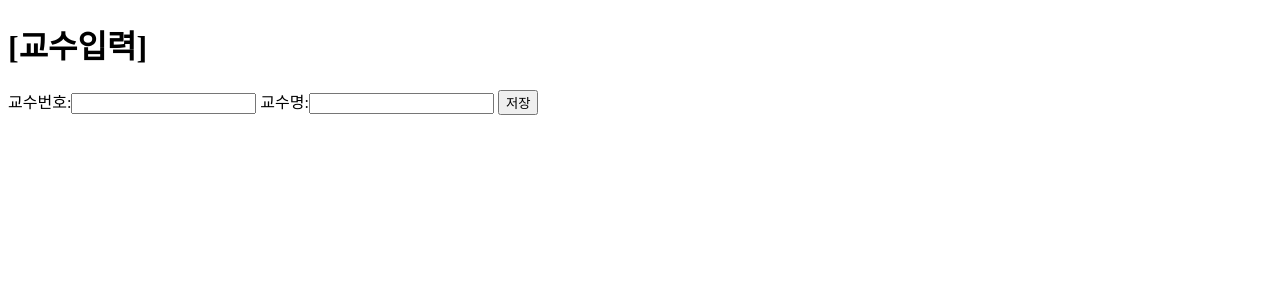
Repository: kmg8138/html
Page: 2020.04.08/ex0507/WebContent/pinsert.html
An editor plug-in stored every save of this project. The page is shown before and after the next save, followed by the edit.
The browser window is 1280 px wide. The pictures show the whole page.
Some web libraries are served in a nearby version.

Above is the page before, as saved 2020-05-07 02:39:25.
Console error: SyntaxError: Unexpected identifier 'success'

### 2020.04.08/ex0507/WebContent/pinsert.html
<!DOCTYPE html>
<html>
<head>
	<script src="http://code.jquery.com/jquery-1.9.1.js"></script>
	<script src="https://cdnjs.cloudflare.com/ajax/libs/handlebars.js/3.0.1/handlebars.js"></script>
	<meta charset="UTF-8">
	<title>Insert title here</title>
</head>
<body>
	<h1>[교수입력]</h1>
	<div>
		교수번호:<input type="text" id="txtpcode">
		교수명:<input type="text" id="txtpname">
		<input type="button" id="btnSave" value="저장">
	</div>
</body>
<script>
	$("#btnSave").on("click", function(){
		if(!confirm("저장하시겠습니까?")) return;
		var pcode=$("#txtpcode").val();
		var pname=$("#txtpname").val();

		if(pcode.length==0 || pcode.length !=3){
			alert("교수번호를 다시 입력하세요!");
			$("#txtpcode").focus();
		}else if(pname.length==0){
			alert("교수명을 입력하세요!");
			$("#txtpname").focus();
		}else{
			$.ajax({
				type:"post",
				url:"pinsert.jsp",
				data:{"pcode":pcode,"pname":pname},
				dataType:"json"
				success:function(){
					alert("저장완료");
					$("#txtpcode").val("");
					$("#txtpname").val("");
					$("#txtpcode").focus();

					var temp=Handlebars.compile($("#temp").html());
					$("#tbl").html(temp(data));
				}
			});
		}
	})
</script>
</html>

After the next save:
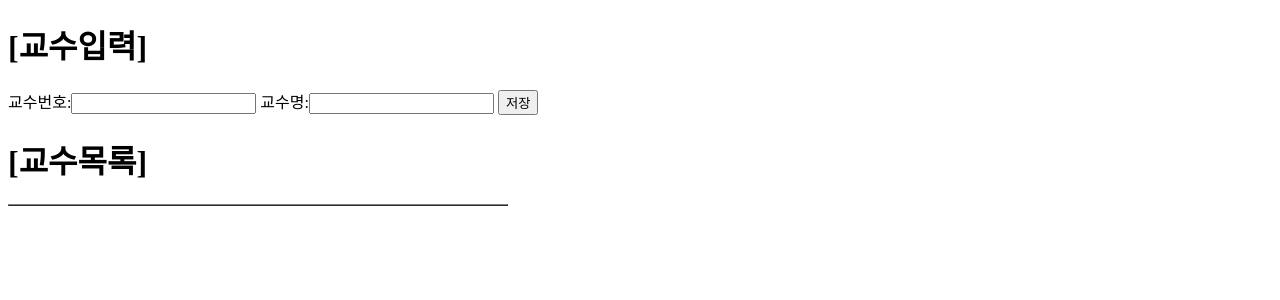
Console error (its wording comes from the project's code and is left out).
Saved 2 min 43 s later.
--- a/2020.04.08/ex0507/WebContent/pinsert.html
+++ b/2020.04.08/ex0507/WebContent/pinsert.html
@@ -13,6 +13,16 @@
 		교수명:<input type="text" id="txtpname">
 		<input type="button" id="btnSave" value="저장">
 	</div>
+	<h1>[교수목록]</h1>
+		<table id="tbl" border=1 width=500></table>
+		<script>
+			{{#each .}}
+				<tr class=row>
+					<td class=pcode>{{pcode}}</td>
+					<td>{{pname}}</td>
+				</tr>
+			{{/each}}
+		</script>
 </body>
 <script>
 	$("#btnSave").on("click", function(){
